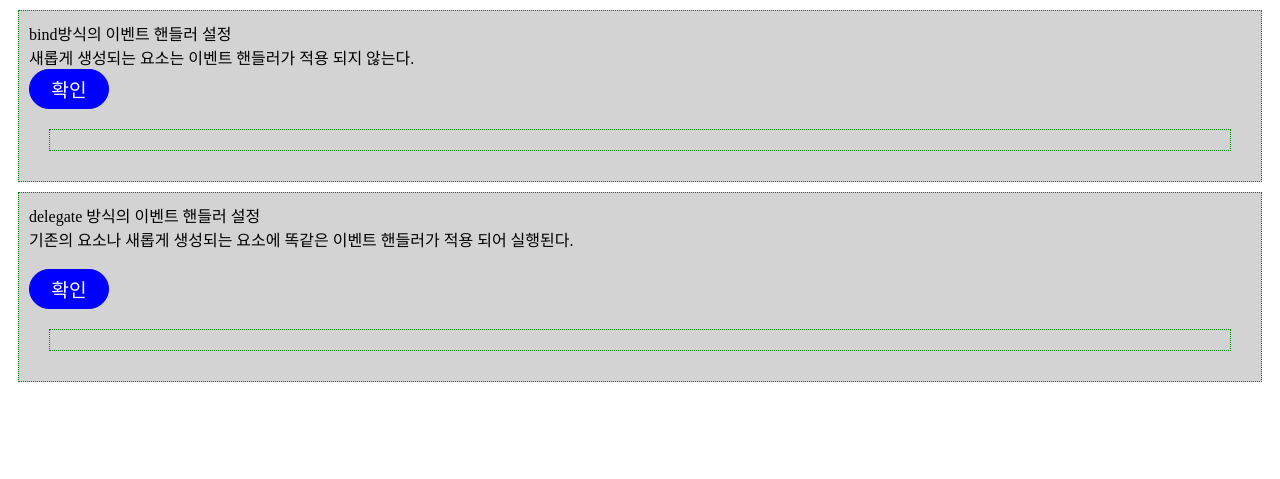
Repository: JJaeHwan/HTML
Page: jquerypro/WebContent/0116/이벤트메소드2.html
The author's editor kept a copy of each file at every save. The page is drawn from the files as they stood at one save, then again after the next save.
The browser window is 1280 px wide. The pictures show the whole page.

Above is the page before, as saved 2023-01-16 06:59:51.

After the next save:
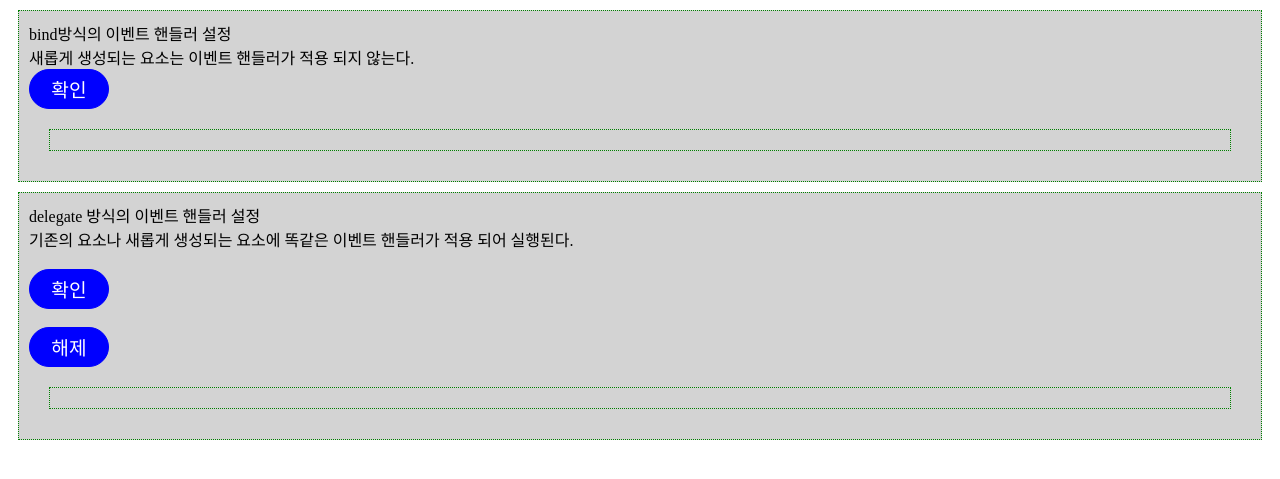
Saved 5 min 27 s later.
--- a/jquerypro/WebContent/0116/이벤트메소드2.html
+++ b/jquerypro/WebContent/0116/이벤트메소드2.html
@@ -47,7 +47,8 @@
 	delegate 방식의 이벤트 핸들러 설정<br>
 	기존의 요소나 새롭게 생성되는 요소에 똑같은 이벤트 핸들러가 적용 되어 실행된다.<br><br>
 	<input type="button" value="확인" class="btn2">
-	<br>
+	<br><br>
+	<input type="button" value="해제" class="btn3">
 
 	<div id="res2"></div>
 </div>
